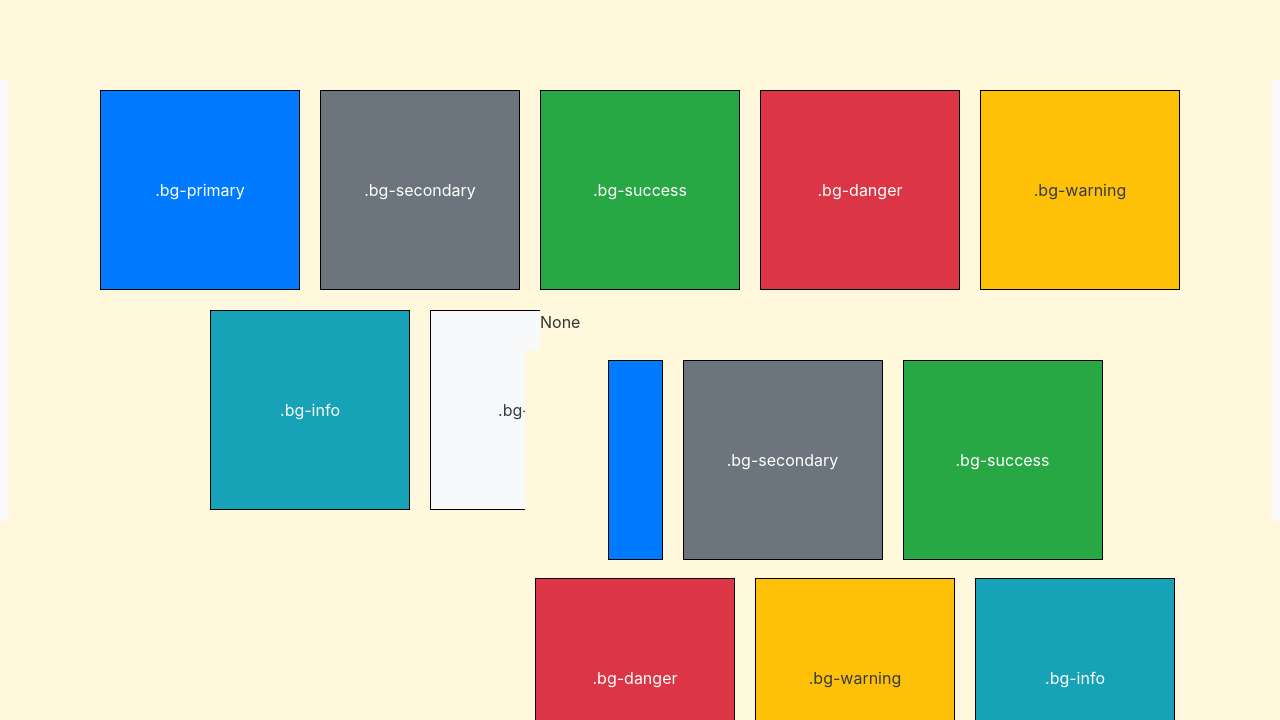
Repository: khanhdk0000/first_proj
Page: http://localhost/about
The author's editor kept a copy of each file at every save. The page is drawn from the files as they stood at one save, then again after the next save.
The browser window is 1280 px wide. The pictures show the whole page.
Some web libraries are served in a nearby version. The page is served by the project's application, run on Flask 3 (flaskblog.py).

Above is the page before, as saved 2021-05-25 12:23:21.

### templates/about.html
{% extends "layout.html" %} {% block content %}
<div class="flex-center">
<div>
<p>{{ var}}</p>
<div class="row">
    <div class="col-md-1 p-3 mb-2 bg-primary text-white"></div>
    <div class="col-md-15 p-3 mb-2 bg-secondary text-white">.bg-secondary</div>
    <div class="col-md-15 p-3 mb-2 bg-success text-white">.bg-success</div>
</div>

<div class="row">
    <div class="col-md-15 p-3 mb-2 bg-danger text-white">.bg-danger</div>
    <div class="col-md-15 p-3 mb-2 bg-warning text-dark">.bg-warning</div>
    <div class="col-md-15 p-3 mb-2 bg-info text-white">.bg-info</div>
</div>

<div class="row">
    <div class="col-md-15 p-3 mb-2 bg-light text-dark">.bg-light</div>
    <div class="col-md-15 p-3 mb-2 bg-dark text-white">.bg-dark</div>
    <div class="col-md-15 p-3 mb-2 bg-white text-dark">.bg-white</div>
</div>
</div>
</div>

<div class="row m-2">
    <div class="bg-primary text-white">.bg-primary</div>
    <div class="bg-secondary text-white">.bg-secondary</div>
    <div class="bg-success text-white">.bg-success</div>
    <div class="bg-danger text-white">.bg-danger</div>
    <div class="bg-warning text-dark">.bg-warning</div>
    <div class="bg-info text-white">.bg-info</div>
    <div class="bg-light text-dark">.bg-light</div>
    <div class="bg-dark text-white">.bg-dark</div>
    <div class="bg-white text-dark">.bg-white</div>
    </div>

{% endblock content %}

### templates/layout.html
<!DOCTYPE html>
<html>
  <head>
    <!-- Required meta tags -->
    <meta charset="utf-8" />
    <meta
      name="viewport"
      content="width=device-width, initial-scale=1, shrink-to-fit=no"
    />

    <!-- Bootstrap CSS -->
    <link
      rel="stylesheet"
      href="https://maxcdn.bootstrapcdn.com/bootstrap/4.0.0/css/bootstrap.min.css"
      integrity="sha384-Gn5384xqQ1aoWXA+058RXPxPg6fy4IWvTNh0E263XmFcJlSAwiGgFAW/dAiS6JXm"
      crossorigin="anonymous"
    />

    <link
      rel="stylesheet"
      type="text/css"
      href="{{ url_for('static', filename='main.css') }}"
    />

    {% if title %}
    <title>Flask Blog - {{ title }}</title>
    {% else %}
    <title>Flask Blog</title>
    {% endif %}
  </head>
  <body>
    {% block content %}{% endblock %}

    <!-- Optional JavaScript -->
    <!-- jQuery first, then Popper.js, then Bootstrap JS -->
    <script
      src="https://code.jquery.com/jquery-3.2.1.slim.min.js"
      integrity="sha384-KJ3o2DKtIkvYIK3UENzmM7KCkRr/rE9/Qpg6aAZGJwFDMVNA/GpGFF93hXpG5KkN"
      crossorigin="anonymous"
    ></script>
    <script
      src="https://cdnjs.cloudflare.com/ajax/libs/popper.js/1.12.9/umd/popper.min.js"
      integrity="sha384-ApNbgh9B+Y1QKtv3Rn7W3mgPxhU9K/ScQsAP7hUibX39j7fakFPskvXusvfa0b4Q"
      crossorigin="anonymous"
    ></script>
    <script
      src="https://maxcdn.bootstrapcdn.com/bootstrap/4.0.0/js/bootstrap.min.js"
      integrity="sha384-JZR6Spejh4U02d8jOt6vLEHfe/JQGiRRSQQxSfFWpi1MquVdAyjUar5+76PVCmYl"
      crossorigin="anonymous"
    ></script>
    <!-- MDB -->
    <script
      type="text/javascript"
      src="https://cdnjs.cloudflare.com/ajax/libs/mdb-ui-kit/3.5.0/mdb.min.js"
    ></script>
  </body>
</html>

### flaskblog.py
from flask import Flask, render_template, url_for, request
app = Flask(__name__)


posts = [
    {
        'author': 'Corey Schafer',
        'title': 'Blog Post 1',
        'content': 'First post content',
        'date_posted': 'April 20, 2018'
    },
    {
        'author': 'Jane Doe',
        'title': 'Blog Post 2',
        'content': 'Second post content',
        'date_posted': 'April 21, 2018'
    }
]

@app.route('/')
@app.route('/home')
def hello_world():
    return render_template('home.html', posts=posts, title='Hey')

@app.route('/about')
def about():
    my_var = request.args.get('my_var', None)
    return render_template('about.html', posts=posts, var=my_var)

if __name__ == '__main__':
    app.run(debug=True)

### static/main.css
body {
    background: #fafafa;
    color: #333333;
    margin-top: 5rem;
    height: 100%;
  }

  h1, h2, h3, h4, h5, h6 {
    color: #444444;
  }

  .bg-steel {
    background-color: #5f788a;
  }

  .site-header .navbar-nav .nav-link {
    color: #cbd5db;
  }

  .site-header .navbar-nav .nav-link:hover {
    color: #ffffff;
  }

  .site-header .navbar-nav .nav-link.active {
    font-weight: 500;
  }

  .content-section {
    background: #ffffff;
    padding: 10px 20px;
    border: 1px solid #dddddd;
    border-radius: 3px;
    margin-bottom: 20px;
  }

  .article-title {
    color: #444444;
  }

  a.article-title:hover {
    color: #428bca;
    text-decoration: none;
  }

  .article-content {
    white-space: pre-line;
  }

  .article-img {
    height: 65px;
    width: 65px;
    margin-right: 16px;
  }

  .article-metadata {
    padding-bottom: 1px;
    margin-bottom: 4px;
    border-bottom: 1px solid #e3e3e3
  }

  .article-metadata a:hover {
    color: #333;
    text-decoration: none;
  }

  .article-svg {
    width: 25px;
    height: 25px;
    vertical-align: middle;
  }

  .account-img {
    height: 125px;
    width: 125px;
    margin-right: 20px;
    margin-bottom: 16px;
  }

  .account-heading {
    font-size: 2.5rem;
  }

  .vertical-center {
    min-height: 100%;  /* Fallback for browsers do NOT support vh unit */
    min-height: 100vh; /* These two lines are counted as one :-)       */

    justify-content:center;
    display: flex;
    align-items: center;
  }

  .flex-center {
    /* display: flex; */
    position: fixed;
    top: 50%;
    left: 50%;
    margin-top: -50px;
    margin-left: -100px;

  }

  .row{
    display:flex;
    justify-content:center;
  }

  .row>*{
    display:flex;
    height:200px ;
    width:200px ;
    justify-content:center;
    align-items:center;
    border: 1px solid black;
    margin: 10px;
  }

  *{
    background-color: CornSilk;
  }

After the next save:
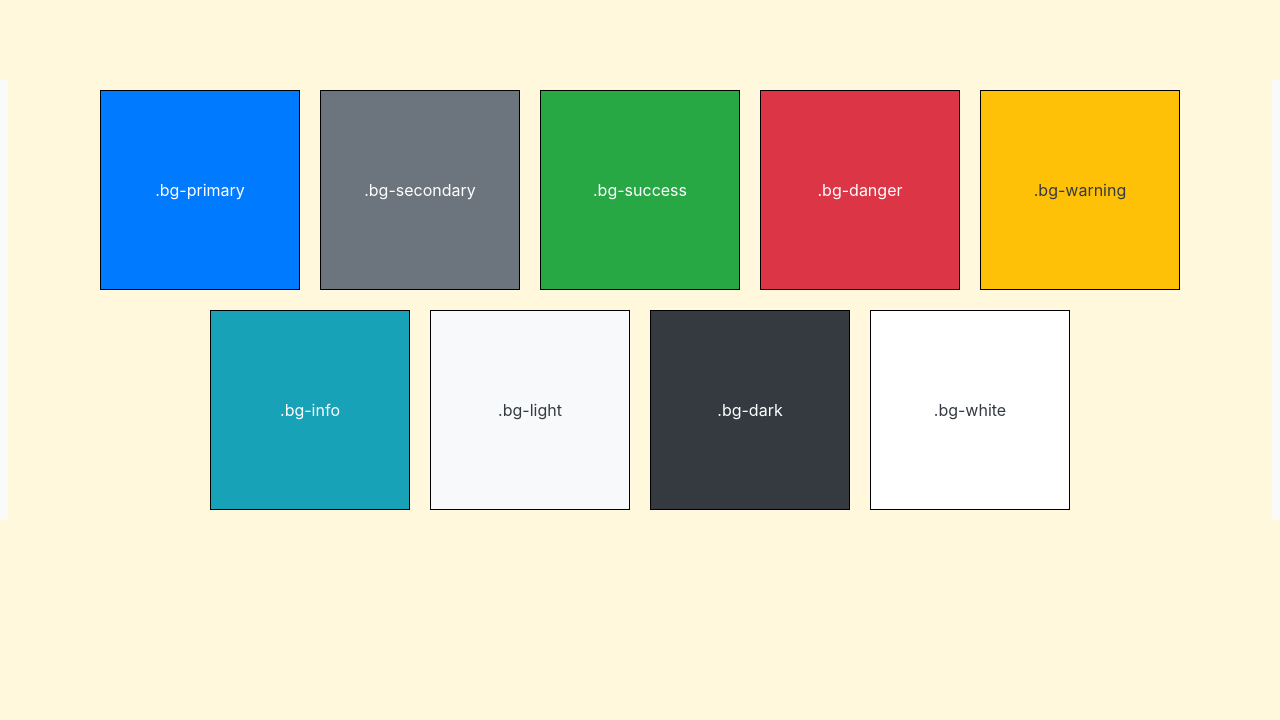
Saved 10 s later.
--- a/templates/about.html
+++ b/templates/about.html
@@ -1,5 +1,5 @@
 {% extends "layout.html" %} {% block content %}
-<div class="flex-center">
+<!-- <div class="flex-center">
 <div>
 <p>{{ var}}</p>
 <div class="row">
@@ -20,7 +20,7 @@
     <div class="col-md-15 p-3 mb-2 bg-white text-dark">.bg-white</div>
 </div>
 </div>
-</div>
+</div> -->
 
 <div class="row m-2">
     <div class="bg-primary text-white">.bg-primary</div>
